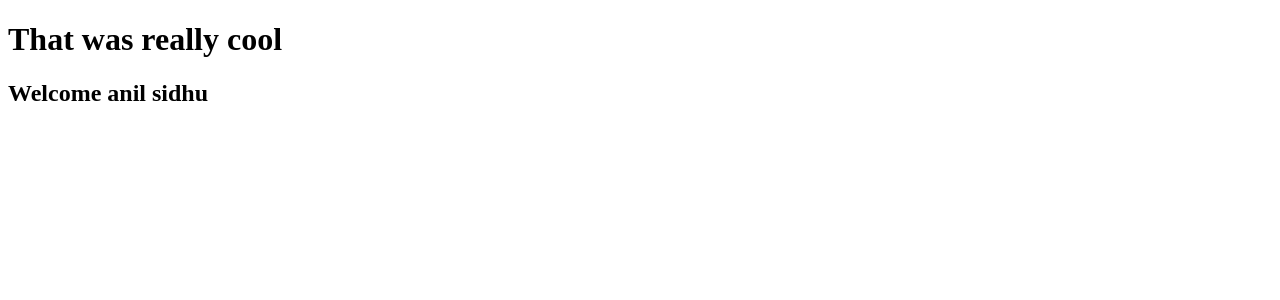
Repository: alihasnain763/node_toturial
Page: http://localhost/profile
These files come from the project's save history. The page is drawn as it stood at one moment and after the next save; the edit follows.
The browser window is 1280 px wide. The pictures show the whole page.
The page is served by the project's Node server (index.js).

Above is the page before, as saved 2023-01-01 07:39:14.

### views/profile.ejs
<!DOCTYPE html>
<html lang="en">
<head>
    <meta charset="UTF-8">
    <meta http-equiv="X-UA-Compatible" content="IE=edge">
    <meta name="viewport" content="width=device-width, initial-scale=1.0">
    <title>Profile Page</title>
</head>
<body>
    <h1>That was really cool</h1>
    <h2>Welcome <%= user.name  %></h2>
</body>
</html>

### index.js
const express = require('express');
const path = require('path');

const app = express();
const publicPath = path.join(__dirname, 'public');

console.log(publicPath);

app.set('view engine', 'ejs')
// app.use(express.static(publicPath))

app.get('', (_, res) => {
    res.sendFile(`${publicPath}/index.html`)
});
app.get('/profile', (_, res) => {
    const user = {
        name: 'anil sidhu',
        email: 'anil@gmail.com',
        city: 'noida',
    }
    res.render(`profile`, {user})
});

app.get('/about', (_, res) => {
    res.sendFile(`${publicPath}/about.html`)
});

app.get('/home', (_, res) => {
    res.sendFile(`${publicPath}/Home.html`)
});
app.get('*', (_, res) => {
    res.sendFile(`${publicPath}/404.html`)
});

console.log(__dirname)

app.listen(4400)

After the next save:
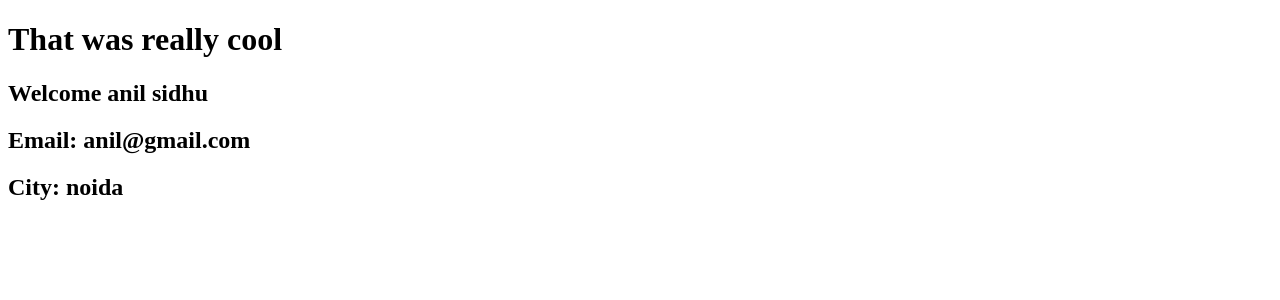
Saved 21 s later.
--- a/views/profile.ejs
+++ b/views/profile.ejs
@@ -9,5 +9,7 @@
 <body>
     <h1>That was really cool</h1>
     <h2>Welcome <%= user.name  %></h2>
+    <h2>Email: <%= user.email  %></h2>
+    <h2>City: <%= user.city  %></h2>
 </body>
 </html>
